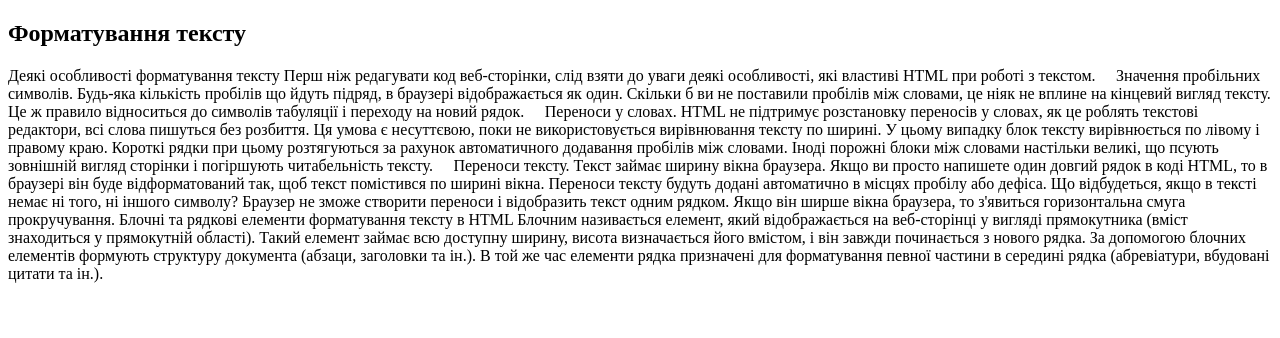
Repository: KseniaMakara/Web
Page: Web/directory.html
The author's editor kept a copy of each file at every save. The page is drawn from the files as they stood at one save, then again after the next save.
The browser window is 1280 px wide. The pictures show the whole page.

Above is the page before, as saved 2021-02-15 16:02:35.

### Web/directory.html

    <!doctype HTML>
    <html>
        <head>
           <title>First HTML</title>
        </head>
    <body>
        <h2>Форматування тексту </h2>
        Деякі особливості форматування тексту
        Перш ніж редагувати код веб-сторінки, слід взяти до уваги деякі
        особливості, які властиві HTML при роботі з текстом.
         Значення пробільних символів. Будь-яка кількість пробілів що йдуть
        підряд, в браузері відображається як один. Скільки б ви не поставили пробілів
        між словами, це ніяк не вплине на кінцевий вигляд тексту. Це ж правило
        відноситься до символів табуляції і переходу на новий рядок.
         Переноси у словах. HTML не підтримує розстановку переносів у
        словах, як це роблять текстові редактори, всі слова пишуться без розбиття. Ця
        умова є несуттєвою, поки не використовується вирівнювання тексту по ширині.
        У цьому випадку блок тексту вирівнюється по лівому і правому краю. Короткі
        рядки при цьому розтягуються за рахунок автоматичного додавання пробілів між
        словами. Іноді порожні блоки між словами настільки великі, що псують
        зовнішній вигляд сторінки і погіршують читабельність тексту.
         Переноси тексту. Текст займає ширину вікна браузера. Якщо ви
        просто напишете один довгий рядок в коді HTML, то в браузері він буде
        відформатований так, щоб текст помістився по ширині вікна. Переноси тексту
        будуть додані автоматично в місцях пробілу або дефіса. Що відбудеться, якщо в
        тексті немає ні того, ні іншого символу? Браузер не зможе створити переноси і
        відобразить текст одним рядком. Якщо він ширше вікна браузера, то з'явиться
        горизонтальна смуга прокручування.
        Блочні та рядкові елементи форматування тексту в HTML
        Блочним називається елемент, який відображається на веб-сторінці у вигляді
        прямокутника (вміст знаходиться у прямокутній області). Такий елемент займає
        всю доступну ширину, висота визначається його вмістом, і він завжди
        починається з нового рядка. За допомогою блочних елементів формують
        структуру документа (абзаци, заголовки та ін.). В той же час елементи рядка
        призначені для форматування певної частини в середині рядка (абревіатури,
        вбудовані цитати та ін.).



</body>
    </html>

After the next save:
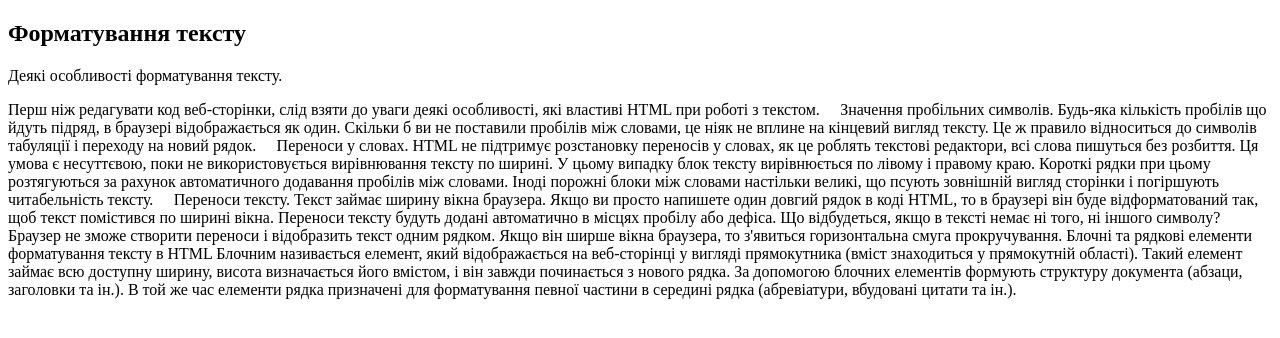
Saved 7 min 16 s later.
--- a/Web/directory.html
+++ b/Web/directory.html
@@ -6,7 +6,7 @@
         </head>
     <body>
         <h2>Форматування тексту </h2>
-        Деякі особливості форматування тексту
+        <p>Деякі особливості форматування тексту.</p>
         Перш ніж редагувати код веб-сторінки, слід взяти до уваги деякі
         особливості, які властиві HTML при роботі з текстом.
          Значення пробільних символів. Будь-яка кількість пробілів що йдуть
